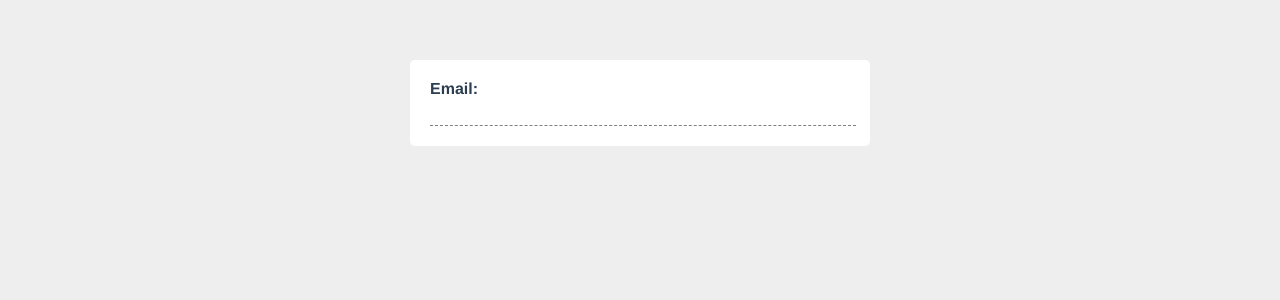
Repository: technogize/vue-forms
Page: /
The author's editor kept a copy of each file at every save. The page is drawn from the files as they stood at one save, then again after the next save.
The browser window is 1280 px wide. The pictures show the whole page.
The project was rebuilt for these pictures with package versions that can differ from the ones it lists, and the page was loaded fresh each time.

Above is the page before, as saved 2021-02-26 14:13:02.

### src/App.vue
<template>
  <SignupForm />
</template>

<script>
import SignupForm from './components/SignupForm';

export default {
  name: 'App',
  components: {
    SignupForm
  }
}
</script>

<style>
#app {
  font-family: Avenir, Helvetica, Arial, sans-serif;
  -webkit-font-smoothing: antialiased;
  -moz-osx-font-smoothing: grayscale;
  text-align: center;
  color: #2c3e50;
  margin-top: 60px;
}

body {
  margin: 0;
  background: #eee;
}
</style>

### src/components/SignupForm.vue
<template>
  <form>
    <label>Email: </label>
    <input type="email" />
  </form>
</template>

<script>
export default {

}
</script>

<style scoped>
  form {
    max-width: 420px;
    border-radius: 5px;
    background: white;
    padding: 20px;
    margin: 0 auto;
  }

  label {
    font-weight: 700;
    display: block;
    text-align: left;
  }

  input {
    display: block;
    width: 100%;
    font-size: 18px;
    padding: 3px;
    border: none;
    border-bottom: 1px dashed grey;
  }

</style>

Loaded but not shown: public/index.html (common file); src/main.js (common file)

After the next save:
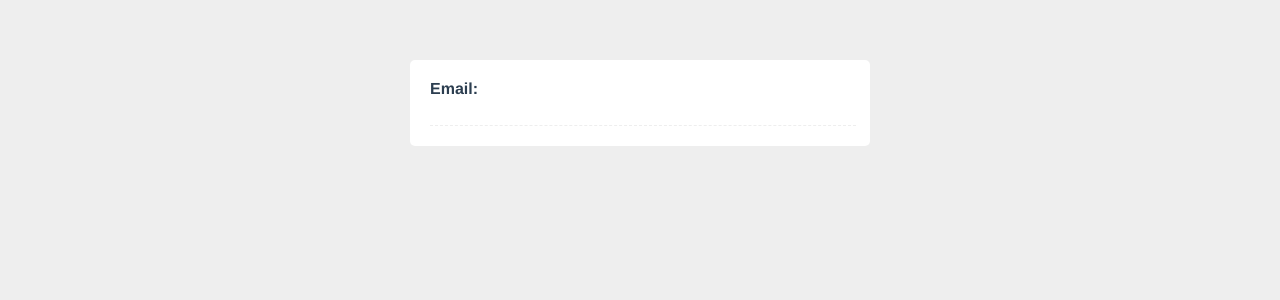
Saved 25 s later.
--- a/src/components/SignupForm.vue
+++ b/src/components/SignupForm.vue
@@ -32,7 +32,10 @@
     font-size: 18px;
     padding: 3px;
     border: none;
-    border-bottom: 1px dashed grey;
+    border-bottom: 1px dashed #eee;
   }
 
+  input:focus {
+    border-bottom: 1px dashed black;
+  }
 </style>

After the save that followed:
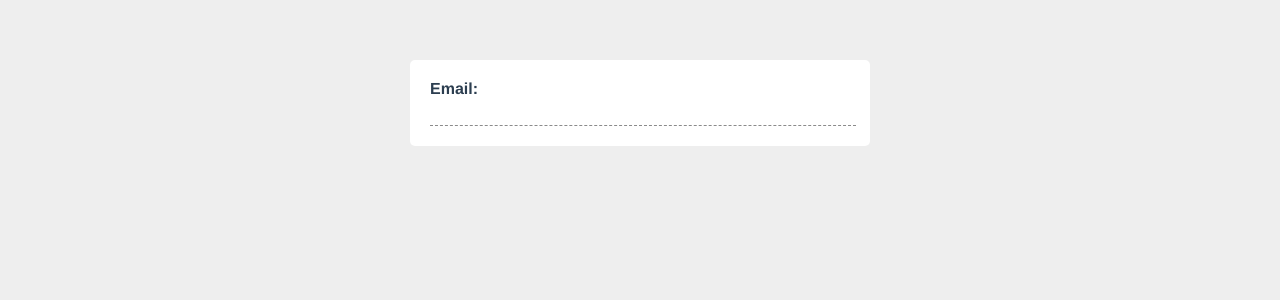
Saved 7 s later.
--- a/src/components/SignupForm.vue
+++ b/src/components/SignupForm.vue
@@ -32,7 +32,7 @@
     font-size: 18px;
     padding: 3px;
     border: none;
-    border-bottom: 1px dashed #eee;
+    border-bottom: 1px dashed rgb(139, 139, 139);
   }
 
   input:focus {
